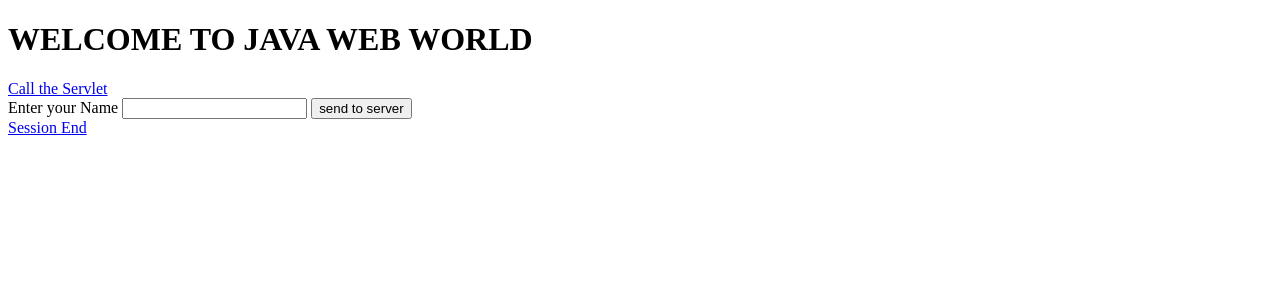
Repository: vinodh1988/SpringSecurity
Page: FirstAPP/WebContent/home.html
These files come from the project's save history. The page is drawn as it stood at one moment and after the next save; the edit follows.
The browser window is 1280 px wide. The pictures show the whole page.

Above is the page before, as saved 2018-09-17 14:47:35.

After the next save:
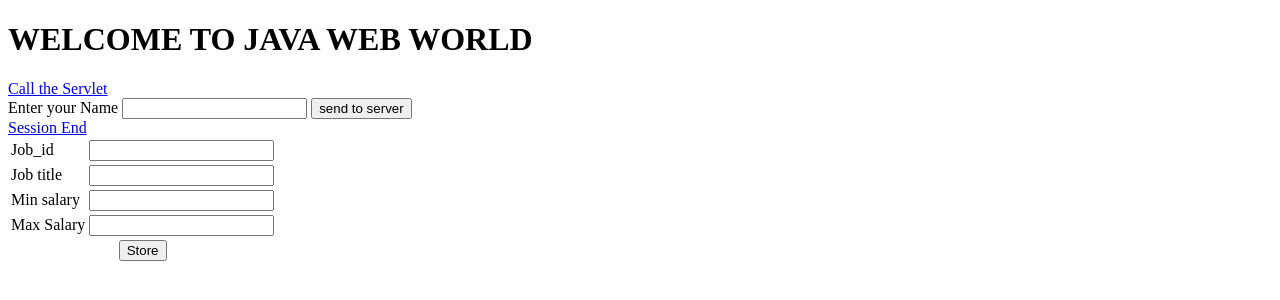
Saved 4 min 49 s later.
--- a/FirstAPP/WebContent/home.html
+++ b/FirstAPP/WebContent/home.html
@@ -16,5 +16,30 @@
 
   <a href="test.htm?sessionend=true">Session End</a>
 
+  <form action="jobs.htm" method="post">
+  <table>
+      <tr>
+      	<td>Job_id</td>
+      	<td><input type="text" name="job_id" required></td>
+      </tr>
+      <tr>
+      	<td>Job title</td>
+      	<td><input type="text" name="job_title" required></td>
+      </tr>
+      <tr>
+      	<td>Min salary</td>
+      	<td><input type="number" name="min_salary" required></td>
+      </tr>
+      <tr>
+      	<td>Max Salary</td>
+      	<td><input type="number" name="max_salary"></td>
+      </tr>
+      <tr>
+
+      	<td colspan=2 align=center><input type="submit" value="Store"></td>
+      </tr>
+  </table>
+
+  </form>
 </body>
 </html>
